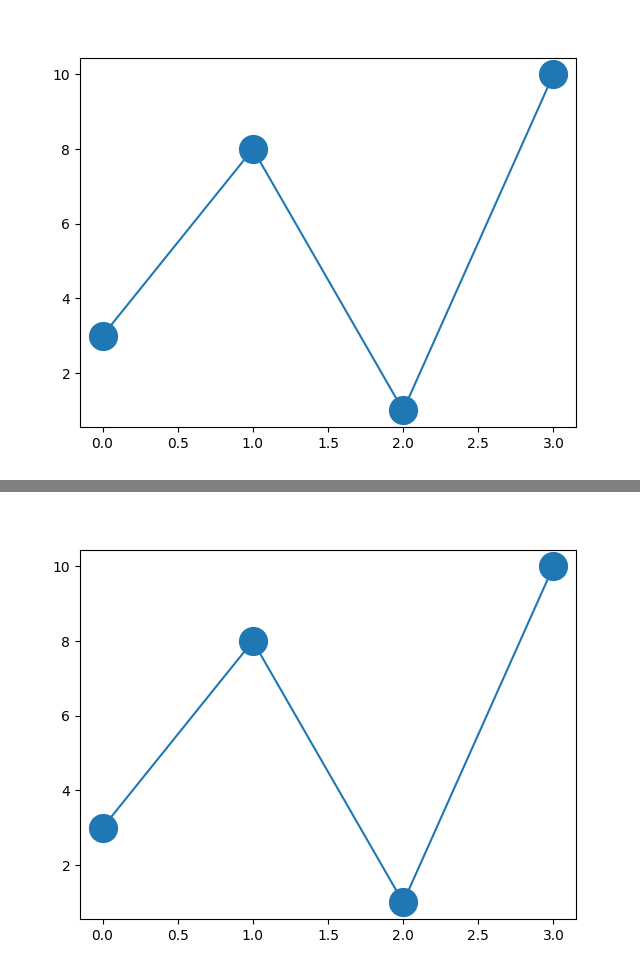
Repository: rupeshkofficial/Python-Code
Script's output: python MATPLOTLIB/3_matplotlibmarkers.py
The author's editor kept a copy of each file at every save. The script's output is drawn from the files as they stood at one save, then again after a run of saves.
Each picture stacks the figures in order, with grey between them; figures that are only written to a file come last. Random numbers start from a fixed seed.

Above is the script's output before, as saved 2024-05-22 14:57:00.

After the next 3 saves:
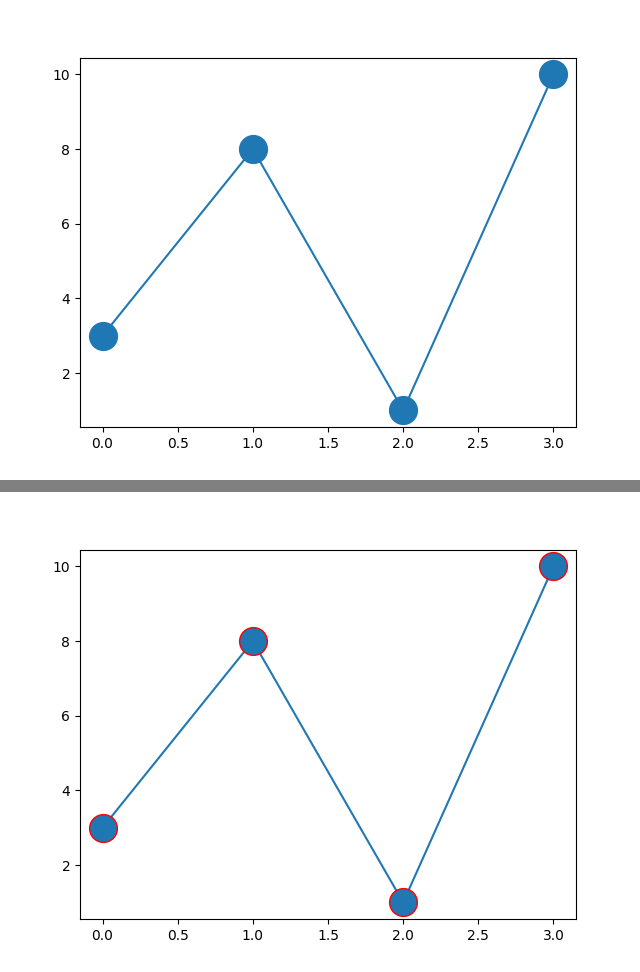
The 3 saves are shown as one change because 1 did not build or start and some came seconds apart.
The last was saved 17 s later.
--- a/MATPLOTLIB/3_matplotlibmarkers.py
+++ b/MATPLOTLIB/3_matplotlibmarkers.py
@@ -10,5 +10,5 @@ plt.show()
 import matplotlib.pyplot as plt
 import numpy as np
 ypoints = np.array([3,8,1,10])
-plt.plot(ypoints, marker = 'o', ms = 20)
+plt.plot(ypoints, marker = 'o', ms = 20, mec = 'r')
 plt.show()
